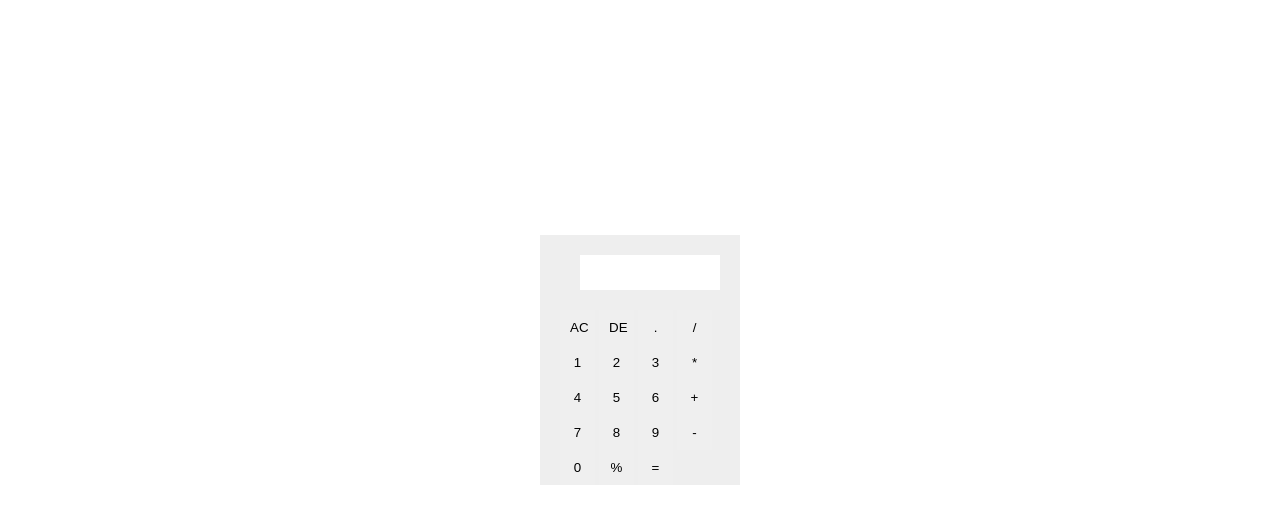
Repository: jerrys-arch/web-calculator
Page: index.html
An editor plug-in stored every save of this project. The page is shown before and after a run of saves, followed by the edit.
The browser window is 1280 px wide. The pictures show the whole page.

Above is the page before, as saved 2024-11-30 05:10:17.

### index.html
<!DOCTYPE html>
<html lang="en">
<head>
    <meta charset="UTF-8">
    <meta name="viewport" content="width=device-width, initial-scale=1.0">
    <title>calculator</title>
    <link rel="stylesheet" href="styles.css">
</head>
<body>
    <div class="container">
        <div class="calculator">
            <form>
            <div class="display">
                <input id="display" type="text">
            </div>
            <div>
                <input type="button" value="AC">
                <input type="button" value="DE">
                <input type="button" value=".">
                <input type="button" value="/">
            </div>
            <div>
                <input type="button" value="1">
                <input type="button" value="2">
                <input type="button" value="3">
                <input type="button" value="*">
            </div>
            <div>
                <input type="button" value="4">
                <input type="button" value="5">
                <input type="button" value="6">
                <input type="button" value="+">
            </div>
            <div>
                <input type="button" value="7">
                <input type="button" value="8">
                <input type="button" value="9">
                <input type="button" value="-">
            </div>
            <div>
                <input type="button" value="0">
                <input type="button" value="%">
                <input type="button" value="=">
            </div>
        </form>
        </div>
    </div>
</body>
</html>

### styles.css
*{
    margin:0;
    padding:0;
    box-sizing: border-box;
}

.container{
    display:flex;
    align-items: center;
    justify-content: center;
    height:100vh;

}
.calculator{
    align-items: center;
    padding-left:20px;
    width:200px;
    background: #eee;
}
.calculator form input{
    width:35px;
    padding: 10px;
    border:none;
}
.calculator form .display{
   padding: 20px;

}
.calculator form #display{
   width:100%


}

After the next 10 saves:
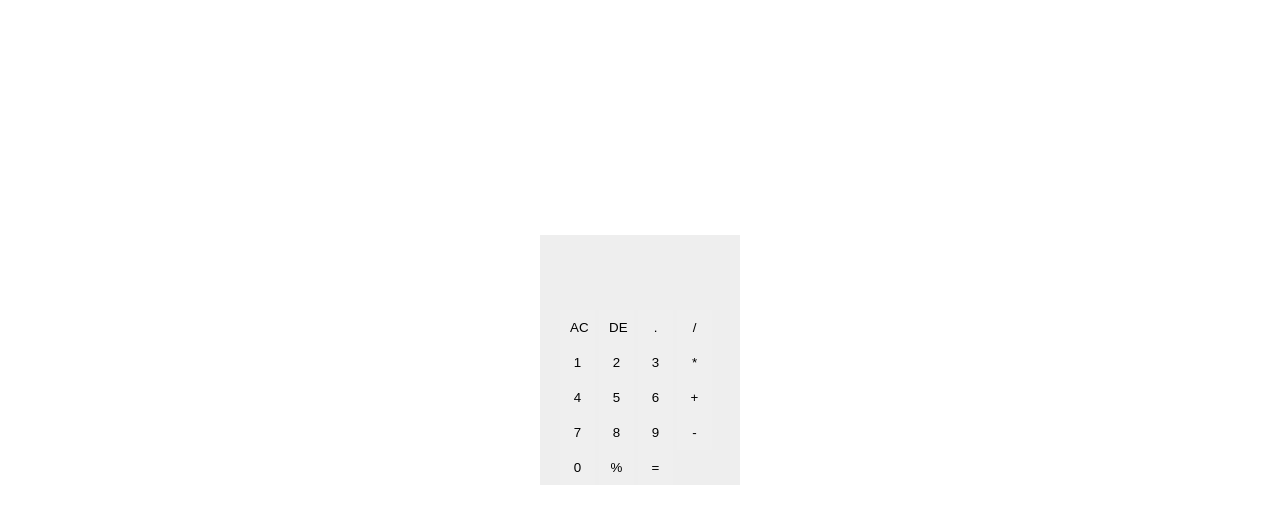
The 10 saves are shown as one change because they came seconds apart.
The last was saved 25 s later.
--- a/styles.css
+++ b/styles.css
@@ -27,7 +27,8 @@
 
 }
 .calculator form #display{
-   width:100%
-
+   width:100%;
+   border:none;
+   background: transparent;
 
 }
